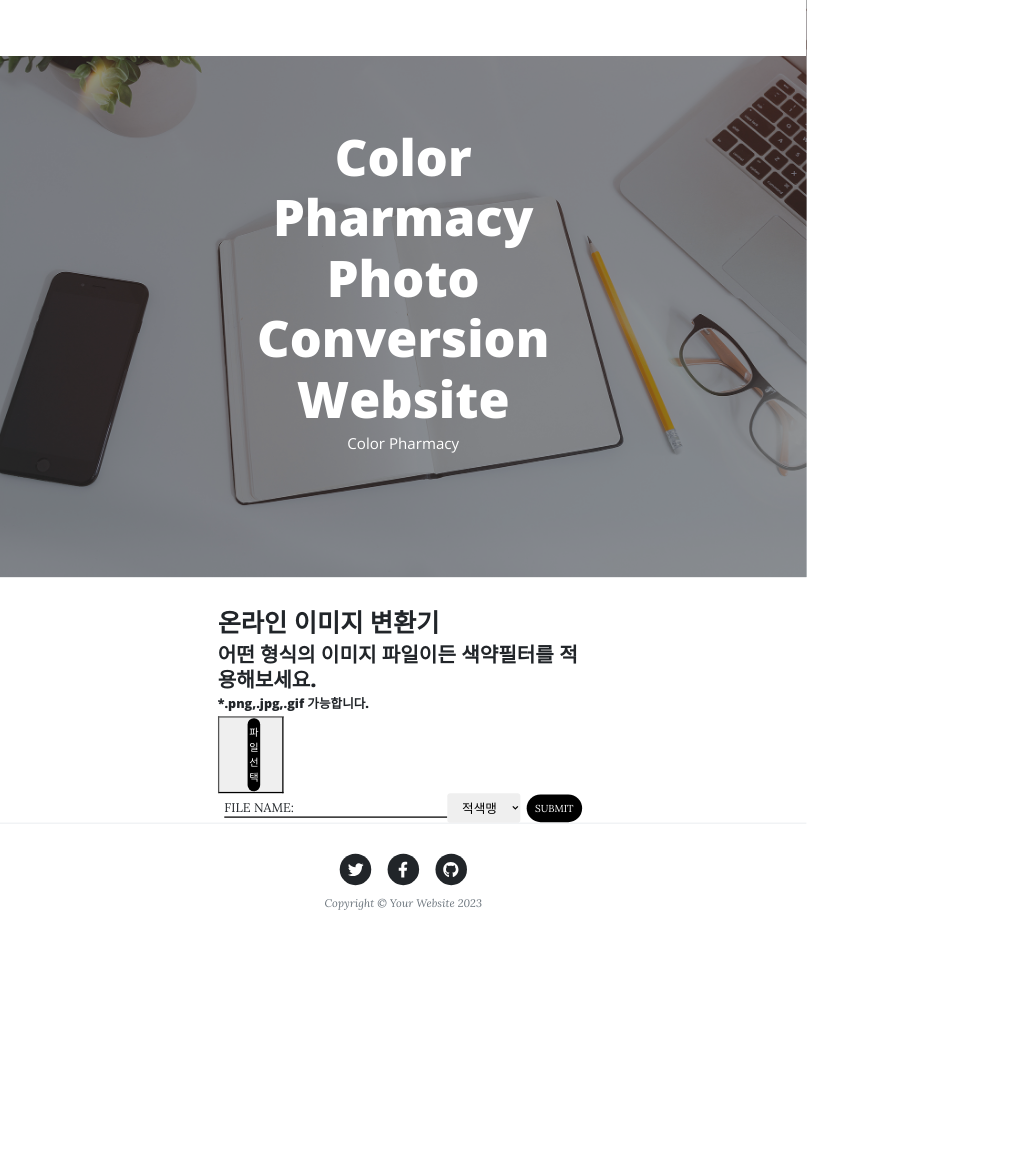
Repository: CroCrow123/Color-Blind-Weakness-Community
Page: http://localhost/index
The author's editor kept a copy of each file at every save. The page is drawn from the files as they stood at one save, then again after a run of saves.
The browser window is 1280 px wide. The page is 1626 px wide, so the pictures cover 1626 px, including what lies to the right of the window. The pictures show the whole page, at 63% of full size.
Some web libraries are served in a nearby version. The page is this project's Thymeleaf template; nobody is signed in. The template is opened directly, without the code that normally fills it, so the values that code supplies are empty.

Above is the page before, as saved 2023-10-25 03:04:57.
Console error: TypeError: Cannot read properties of null (reading 'addEventListener')

After the next 2 saves:
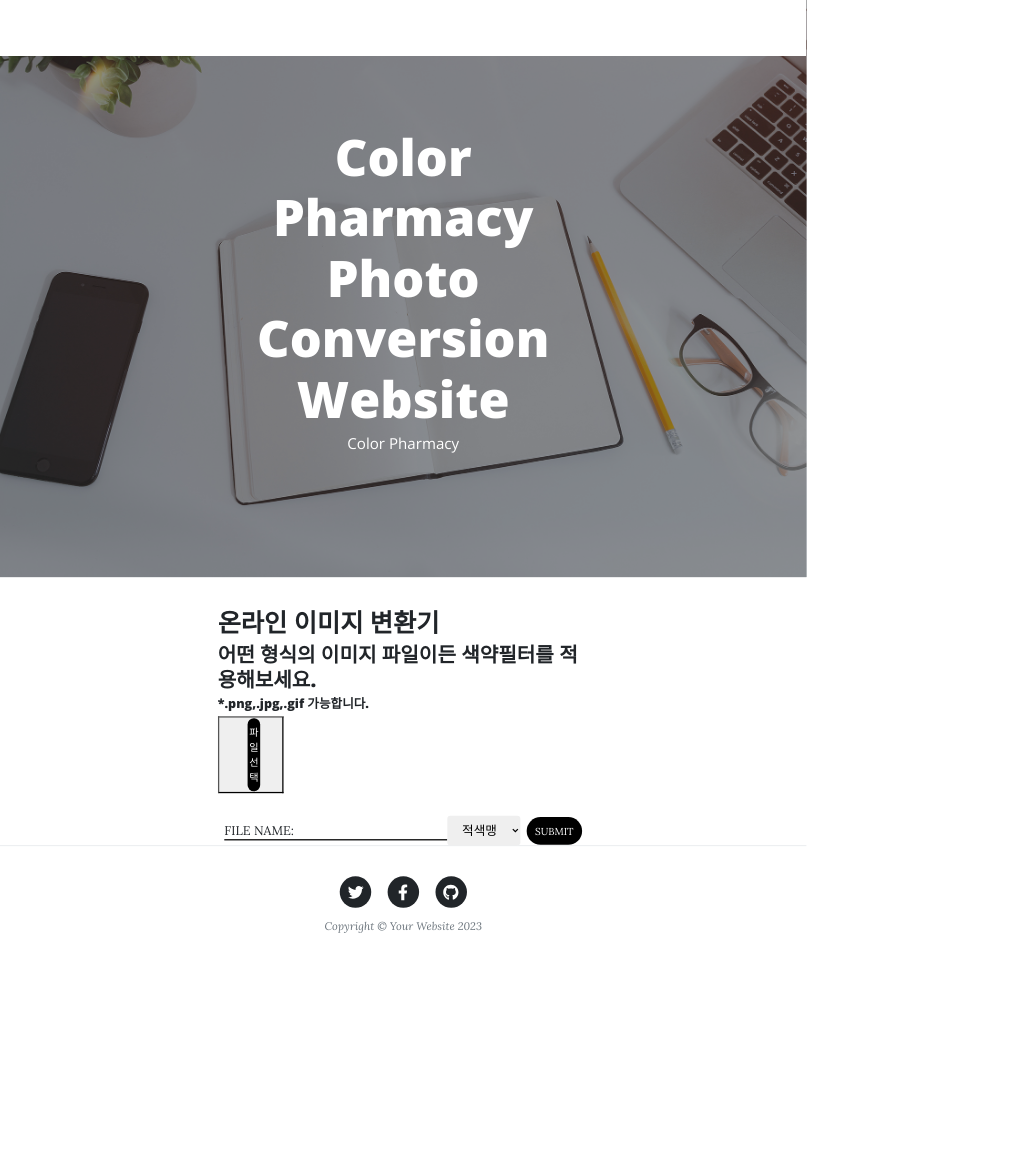
The 2 saves are shown as one change because 1 did not build or start.
The last was saved 100 s later.
--- a/Finall/CBWWebSite/src/main/resources/templates/index.html
+++ b/Finall/CBWWebSite/src/main/resources/templates/index.html
@@ -68,7 +68,7 @@
                                         파일선택
                                     </label>
                                 </button>
-                      <!--  <input type="file" accept=".png,.jpg,.gif" id="chooseFile" name="chooseFile" accept="image/*" onchange="loadFile(this)"> -->
+                      <input type="file" accept=".png,.jpg,.gif" id="chooseFile" name="chooseFile" onchange="loadFile(this)">
                                 <!--이미지 선택하는 기능으로 accept=".png,.jpg,.gif"부분이 .png,.jpg,.gif들 확장자만 파일 선택가능하게 해줍니다.-->
                             </form>
 
